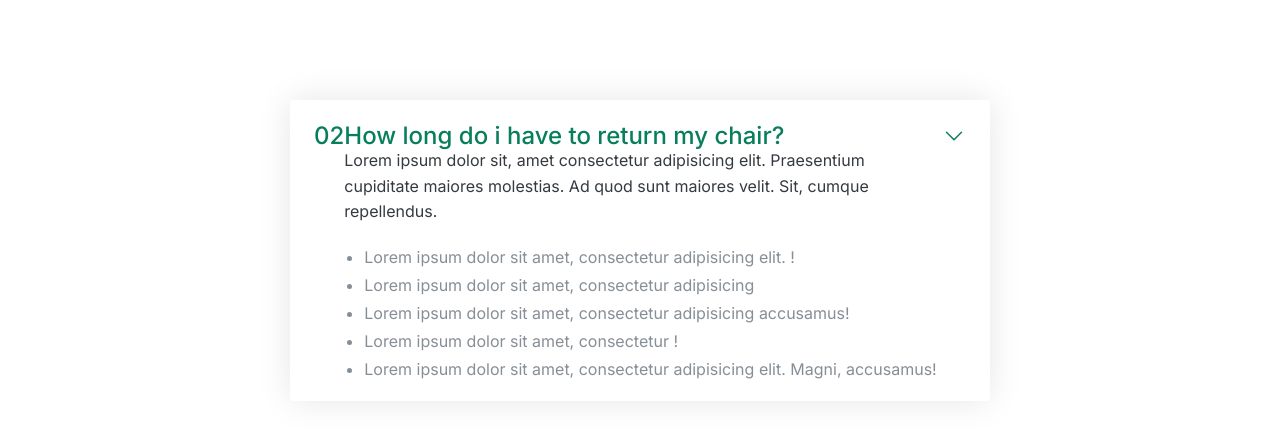
Repository: sunny070/CSS
Page: HTML and CSS some of the important components/index.html
An editor plug-in stored every save of this project. The page is shown before and after a run of saves, followed by the edit.
The browser window is 1280 px wide. The pictures show the whole page.

Above is the page before, as saved 2023-11-13 15:20:28.

### HTML and CSS some of the important components/index.html
<!DOCTYPE html>
<html lang="en">
  <head>
    <meta charset="UTF-8" />
    <meta name="viewport" content="width=device-width, initial-scale=1.0" />
    <title>Accordion Components</title>
    <link
      href="https://fonts.googleapis.com/css2?family=Inter:wght@400;500;700&display=swap"
      rel="stylesheet"
    />
    <style>
      /*
    SPACING SYSTEM (px)
    2 / 4 / 8 / 12 / 16 / 24 / 32 / 48 / 64 / 80 / 96 / 128

    FONT SIZE SYSTEM (px)
    10 / 12 / 14 / 16 / 18 / 20 / 24 / 30 / 36 / 44 / 52 / 62 / 74 / 86 / 98
    */

      /*
    MAIN COLOR: #087f5b
    GREY COLOR: #343a40
    */

      * {
        margin: 0;
        padding: 0;
        box-sizing: border-box;
      }

      /* ------------------------ */
      /* GENERAL STYLES */
      /* ------------------------ */
      body {
        font-family: "Inter", sans-serif;
        color: #343a40;
        line-height:1;
      }
      .accordion
      {
        width:700px;
        margin: 100px auto;

      }
      .item{
        box-shadow: 0 0 32px rgba(0,0,0,0.1);
        padding: 24px;
        display: grid;
        grid-template-columns: auto 1fr auto;
        column-gap24px
      }
      .number ,.text{
        font-size: 24px;
        font-weight: 500;
        color:#087f5b;
      }

      .icon{
        width: 24px;
        height: 24px;
        stroke: #087f5b;
      }
      .hidden-box{
        grid-column: 2;
      }
      .hidden-box p{
        line-height: 1.6;
        margin-bottom: 24px;
      }
      .hidden-box ul{
        color:#868e96;
        margin-left: 20px;
        display:flex;
        flex-direction: column;
        gap: 12px;

      }
      /* .hidden-box li{
        margin-bottom: 12px;
      } */
    </style>
  </head>
  <body>
<div class="accordion">
  <div class="item">
  <p class="number"> 02</p>
  <p class="text">How long do i have to return my chair?</p>
  <svg class="icon" xmlns="http://www.w3.org/2000/svg" fill="none" viewBox="0 0 24 24" stroke-width="1.5" stroke="currentColor" class="w-6 h-6">
    <path stroke-linecap="round" stroke-linejoin="round" d="M19.5 8.25l-7.5 7.5-7.5-7.5" />
  </svg>
  <div class="hidden-box">
    <p>Lorem ipsum dolor sit, amet consectetur adipisicing elit. Praesentium cupiditate maiores molestias. Ad quod sunt maiores velit. Sit, cumque repellendus.</p>
    <ul>
      <li>Lorem ipsum dolor sit amet, consectetur adipisicing elit. !</li>
      <li>Lorem ipsum dolor sit amet, consectetur adipisicing</li>
      <li>Lorem ipsum dolor sit amet, consectetur adipisicing  accusamus!</li>
      <li>Lorem ipsum dolor sit amet, consectetur !</li>
      <li>Lorem ipsum dolor sit amet, consectetur adipisicing elit. Magni, accusamus!</li>

    </ul>
  </div>
  </div>

</div>

  </body>
</html>

After the next 2 saves:
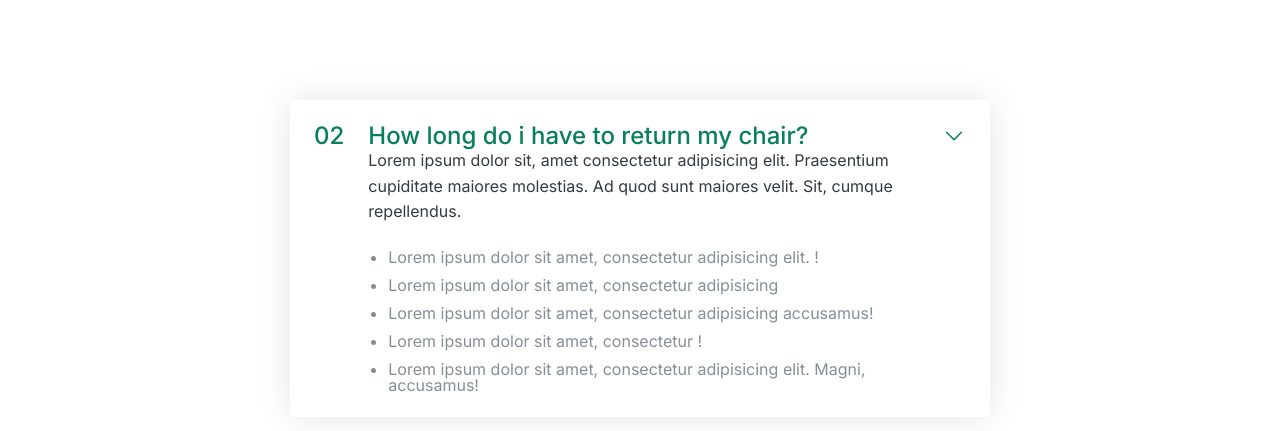
The 2 saves are shown as one change because they came seconds apart.
The last was saved 7 s later.
--- a/HTML and CSS some of the important components/index.html
+++ b/HTML and CSS some of the important components/index.html
@@ -47,7 +47,7 @@
         padding: 24px;
         display: grid;
         grid-template-columns: auto 1fr auto;
-        column-gap24px
+        column-gap:24px;
       }
       .number ,.text{
         font-size: 24px;
